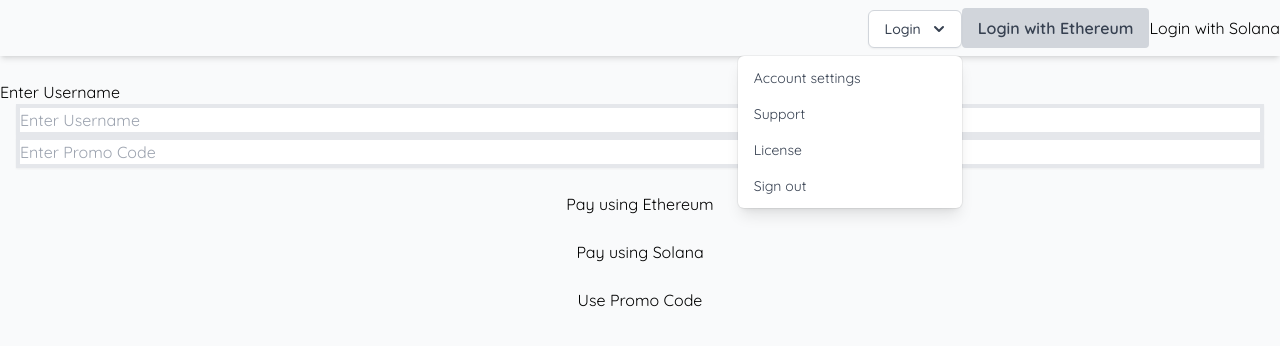
Repository: 22shivam/Polychain
Page: / (app in frontend/)
The author's editor kept a copy of each file at every save. The page is drawn from the files as they stood at one save, then again after the next save.
The browser window is 1280 px wide. The pictures show the whole page.
The page's requests for data from a server got no answer. The project was rebuilt for these pictures with package versions that can differ from the ones it lists, and the page was loaded fresh each time. The framework's server and built-in components were replaced by stand-ins that run in the browser. No one was signed in, and anything a server would have sent is missing. Also part of the build but not shown: frontend/next.config.js.

Above is the page before, as saved 2022-01-01 11:55:52.

After the next save:
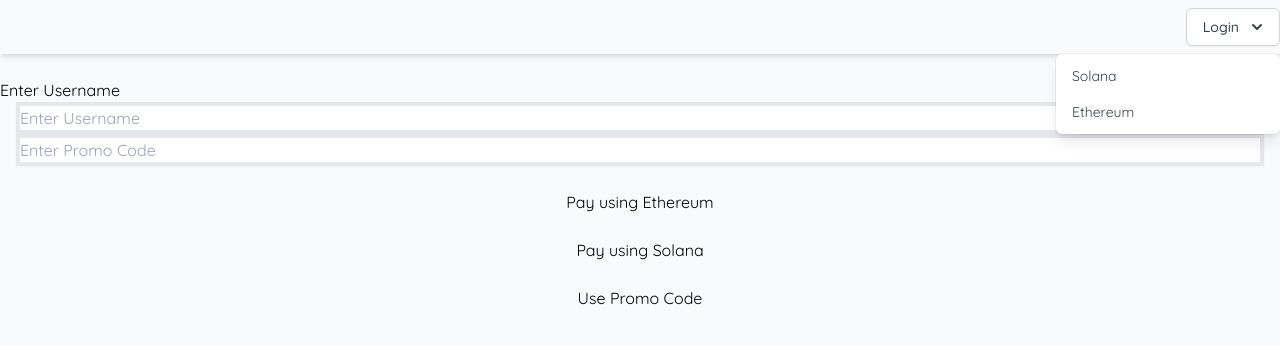
Saved 80 s later.
--- a/frontend/pages/index.js
+++ b/frontend/pages/index.js
@@ -236,19 +236,13 @@ export default function App() {
                                     </div>
                                     <div class="origin-top-right absolute right-0 mt-2 w-56 rounded-md shadow-lg bg-white ring-1 ring-black ring-opacity-5 focus:outline-none" role="menu" aria-orientation="vertical" aria-labelledby="menu-button" tabindex="-1">
                                         <div class="py-1" role="none">
-                                            <a href="#" class="text-gray-700 block px-4 py-2 text-sm" role="menuitem" tabindex="-1" id="menu-item-0">Account settings</a>
-                                            <a href="#" class="text-gray-700 block px-4 py-2 text-sm" role="menuitem" tabindex="-1" id="menu-item-1">Support</a>
-                                            <a href="#" class="text-gray-700 block px-4 py-2 text-sm" role="menuitem" tabindex="-1" id="menu-item-2">License</a>
-                                            <form method="POST" action="#" role="none">
-                                                <button type="submit" class="text-gray-700 block w-full text-left px-4 py-2 text-sm" role="menuitem" tabindex="-1" id="menu-item-3">
-                                                    Sign out
-                                                </button>
-                                            </form>
+                                            <button class="text-gray-700 block px-4 py-2 text-sm" onClick={ethLogin} role="menuitem" tabindex="-1" id="menu-item-0">Solana</button>
+                                            <button class="text-gray-700 block px-4 py-2 text-sm" onClick={solLogin} role="menuitem" tabindex="-1" id="menu-item-1">Ethereum</button>
                                         </div>
                                     </div>
                                 </div>
-                                <button className="bg-gray-300 text-gray-700 font-semibold py-2 px-4 rounded inline-flex items-center" onClick={ethLogin}>Login with Ethereum</button>
-                                <button onClick={solLogin}>Login with Solana</button>
+                                {/* <button className="bg-gray-300 text-gray-700 font-semibold py-2 px-4 rounded inline-flex items-center" onClick={ethLogin}>Login with Ethereum</button>
+                                <button onClick={solLogin}>Login with Solana</button> */}
                             </div>
                         )}
 
